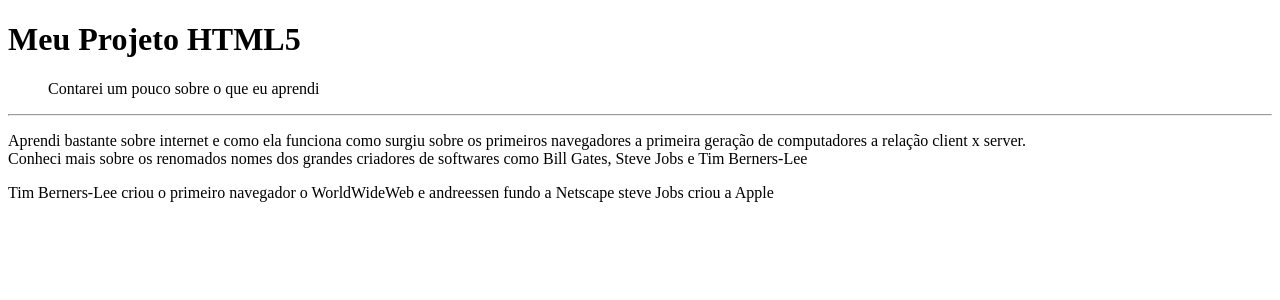
Repository: gustavotwist/meu-html
Page: index.html
These files come from the project's save history. The page is drawn as it stood at one moment and after a run of saves; the edit follows.
The browser window is 1280 px wide. The pictures show the whole page.

Above is the page before, as saved 2024-04-24 22:08:36.

### index.html
<!DOCTYPE html>
<html lang="pt-br">
<head>
    <meta charset="UTF-8">
    <meta name="viewport" content="width=device-width, initial-scale=1.0">
    <title>Projeto HTML</title>
</head>
<body>
    <h1>Meu Projeto HTML5</h1>
    <blockquote>Contarei um pouco sobre o que eu aprendi</blockquote><hr>

    <p>Aprendi bastante sobre internet e como ela funciona como surgiu sobre os primeiros navegadores a primeira geração de computadores a relação client x server. <br> Conheci mais sobre os renomados nomes dos grandes criadores de softwares como Bill Gates, Steve Jobs e Tim Berners-Lee </p>
    <p>Tim Berners-Lee criou o primeiro navegador o WorldWideWeb e andreessen fundo a Netscape steve Jobs criou a Apple </p>


</body>
</html>

After the next 3 saves:
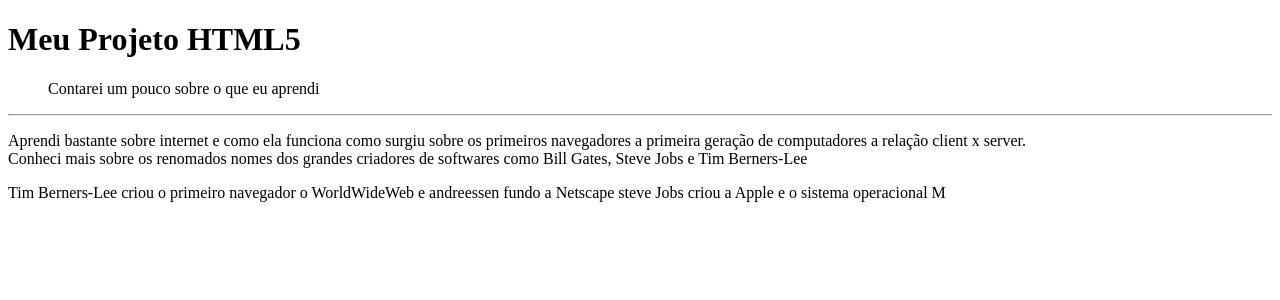
The 3 saves are shown as one change because they came seconds apart.
The last was saved 14 s later.
--- a/index.html
+++ b/index.html
@@ -10,7 +10,7 @@
     <blockquote>Contarei um pouco sobre o que eu aprendi</blockquote><hr>
 
     <p>Aprendi bastante sobre internet e como ela funciona como surgiu sobre os primeiros navegadores a primeira geração de computadores a relação client x server. <br> Conheci mais sobre os renomados nomes dos grandes criadores de softwares como Bill Gates, Steve Jobs e Tim Berners-Lee </p>
-    <p>Tim Berners-Lee criou o primeiro navegador o WorldWideWeb e andreessen fundo a Netscape steve Jobs criou a Apple </p>
+    <p>Tim Berners-Lee criou o primeiro navegador o WorldWideWeb e andreessen fundo a Netscape steve Jobs criou a Apple e o sistema operacional M</p>
 
 
 </body>
